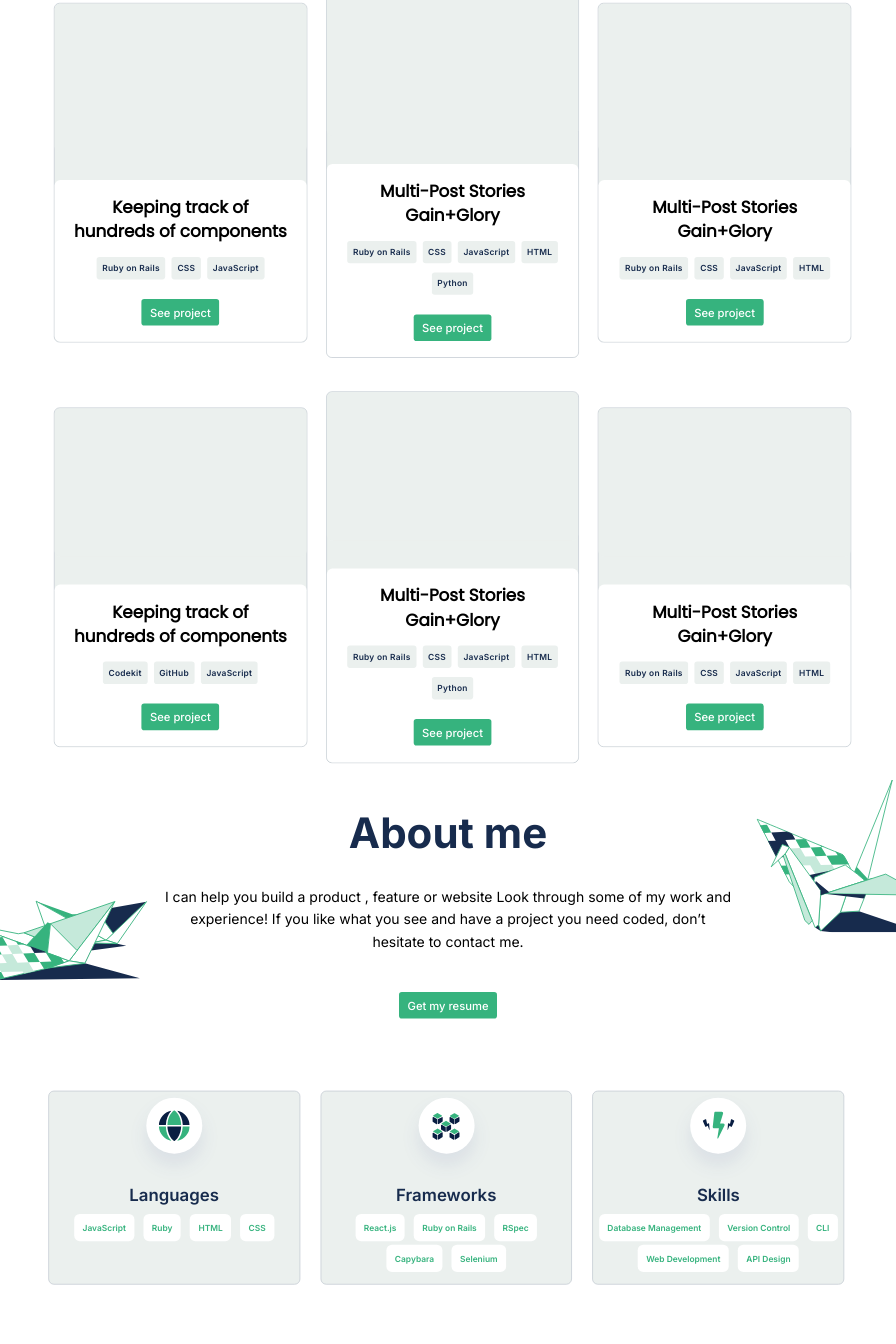
Repository: Salimer/old-Portfolio
Page: index.html
The author's editor kept a copy of each file at every save. The page is drawn from the files as they stood at one save, then again after a run of saves.
The browser window is 1280 px wide. The pictures show the part of the page from y = 1243 to 3163 px (the page is 3881 px tall), at 70% of full size.

Above is the page before, as saved 2023-04-12 02:11:24.

After the next 2 saves:
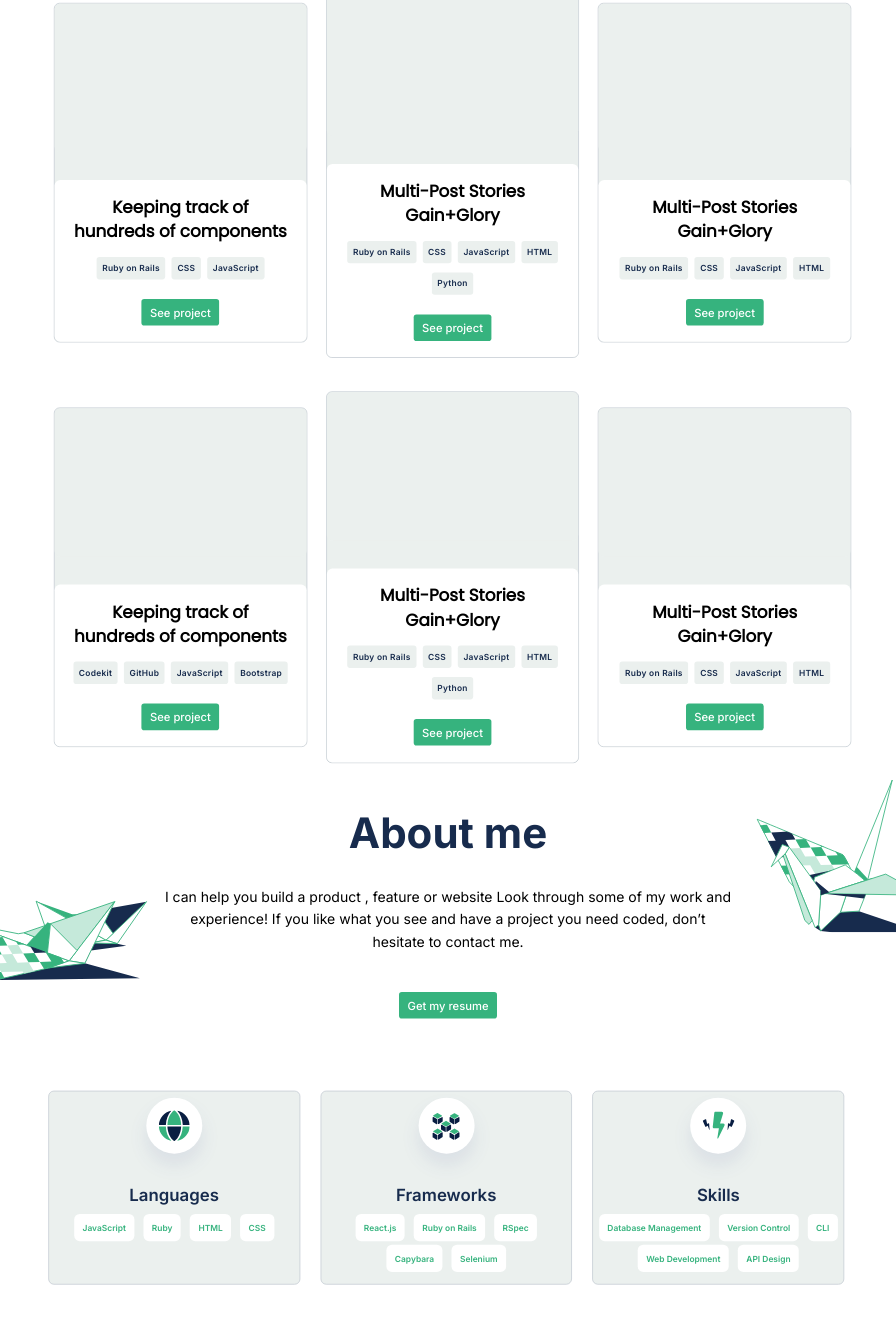
The 2 saves are shown as one change because they came seconds apart.
The last was saved 10 s later.
--- a/chatgpt.js
+++ b/chatgpt.js
@@ -26,7 +26,7 @@ const projects = [
       {
         featuredImage: "Assets/detailTop.svg",
         name: "Keeping track of<br>hundreds of components",
-        technologies: ['Codekit', 'GitHub', 'JavaScript'],
+        technologies: ['Codekit', 'GitHub', 'JavaScript', 'Bootstrap'],
         description: "Lorem Ipsum is simply dummy text of the printing and typesetting industry. Lorem Ipsum has been the industry's standard dummy text ever since the 1500s, when an unknown printer took a galley of type and scrambled it 1960s.<br><br>Lorem Ipsum is simply dummy text of the printing and typesetting industry. Lorem Ipsum has been the industry's standard dummy text ever since the 1500s, when an unknown printer took a galley of type and scrambled it 1960s.",
         linkToLiveVersion: "https://youtu.be/dQw4w9WgXcQ",
         linkToSource: "https://youtu.be/dQw4w9WgXcQ"
